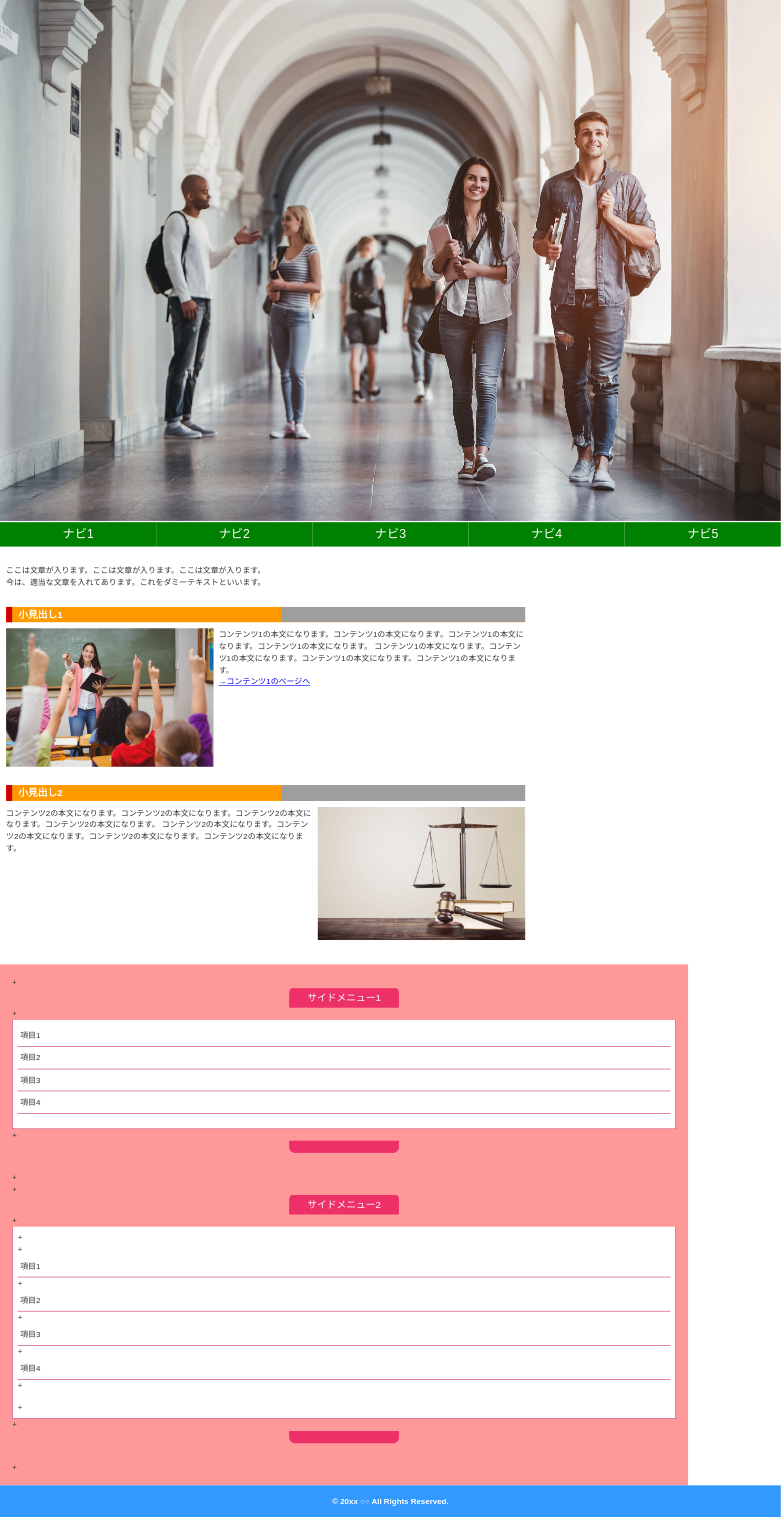
Repository: Burai919/samurai_HTML-CSS
Page: index3.html/home.html
The author's editor kept a record of every edit. The page is drawn from the files as they stood at one moment, then again after the next edit.
The browser window is 1280 px wide. The pictures show the whole page, at 61% of full size.
Pictures or frames that could not be fetched are drawn as grey boxes.

Above is the page before.

### index3.html/home.html
<!DOCTYPE html>
<html lang=" ja">
  <head>
    <meta charest="UTF-8">
    <title>HTML/CSSの学習</title>
    <link rel="stylesheet" href="stylesheet.css">
  </head>
  <body>
      <div id="header">
          <h1><a href="index.html"><img id="corridor" src="images/corridor.jpg" alt="大学の廊下" /></a></h1>
      </div>
    <div id="wrapper">
        <div id="nav">
                <ul>
                    <li><a href="home.html">ナビ1</a></li>
                    <li><a href="#">ナビ2</a></li>
                    <li><a href="#">ナビ3</a></li>
                    <li><a href="#">ナビ4</a></li>
                    <li><a href="#">ナビ5</a></li>
               </ul>
            </div>
                       <div id="container">
               <div id="main">
                    <div class="post">
                        <p>ここは文章が入ります。ここは文章が入ります。ここは文章が入ります。<br />今は、適当な文章を入れてあります。これをダミーテキストといいます。</p>
                    </div>
                    <div class="post clearfix">
                        <h2>小見出し1</h2>
                        <img class="left" src="images/classroom.jpg" alt="授業風景" />
                        <p>
                            コンテンツ1の本文になります。コンテンツ1の本文になります。コンテンツ1の本文になります。コンテンツ1の本文になります。
                            コンテンツ1の本文になります。コンテンツ1の本文になります。コンテンツ1の本文になります。コンテンツ1の本文になります。
                        </p>
                        <p><a href="#">→コンテンツ1のページへ</a></p>
                    </div>
                    <div class="post clearfix">
                        <h2>小見出し2</h2>
                        <img class="right" src="images/scale.jpg" alt="天秤" />
                        <p>
                            コンテンツ2の本文になります。コンテンツ2の本文になります。コンテンツ2の本文になります。コンテンツ2の本文になります。
                            コンテンツ2の本文になります。コンテンツ2の本文になります。コンテンツ2の本文になります。コンテンツ2の本文になります。
                        </p>
                    </div>
                </div>
            </div>
                      <div id="side">
                <div class="box">
+                    <h2>サイドメニュー1</h2>
+                    <div class="boxBody">
                        <ul>
                            <li>項目1</li>
                            <li>項目2</li>
                            <li>項目3</li>
                            <li>項目4</li>
                        </ul>
                    </div>
+                </div>
+                <div class="box">
+                    <h2>サイドメニュー2</h2>
+                    <div class="boxBody">
+                        <ul>
+                            <li>項目1</li>
+                            <li>項目2</li>
+                            <li>項目3</li>
+                            <li>項目4</li>
+                        </ul>
+                    </div>
+                </div>
+            </div>
  </div>
  <div id="footer">
      <p>&copy; 20xx ○○ All Rights Reserved.</p>
  </div>
 </body>
</html>

### index3.html/stylesheet.css
@charest "utf-8";

body {
      margin: 0;
      padding: 0;
      font-family: "ヒラギノ角ゴ　pro W3", "Hiragino Kaku Gothic Pro", "メイリオ", Meiryo, Osaka, "ＭＳ Ｐゴシック", "MS PGothic", sans-serif;
      color: #333;
      font-size: 13px;
      line-height: 150%;
}
/*---------------------wraper-----------------------------*/

#wraper {
      width: 100%;
      margin: auto;
      padding: 0px;
      border: 0px;
      background-color:#FFF;
      top: 10px;
      position: relative;
}

 /* -------------------- header -------------------- */
 #header {
 	width: 100%;
 }
 #header h1 {
 	 margin: 0;
	 padding: 0;
 }

 #corridor {
	 width: 100%;
	 height: auto;
 }
 /* -------------------- footer -------------------- */
 #footer {
 	 clear: both;
 	 width: 100%;
 	 padding: 3px 0 3px 0;
 	 background: #39F;
 	 color: #FFF;
 	 font-weight: bold;
 	 text-align: center;
 }

 /* -------------------- nav -------------------- */
 #nav {
	 width: 100%;
 }
 #nav ul {
    display: flex;
	 margin: 0;
	 padding: 0;
	 list-style-type: none;
 }
 #nav ul li {
	 width: 20%;
	 text-align: center;
 }
 #nav ul li a {
	 display: block;
	 height: 20px;
	 margin: 0;
	 padding: 10px;
	 color: #FFF;
	 font-size: 20px;
	 text-decoration: none;
	 background-color: green;
 }

 #nav ul li a:hover {
     filter: drop-shadow(10px 10px 10px black);
 }

 /* -------------------- container -------------------- */
 #container {
	 width: 100%;
	 margin: auto ;
	 padding: auto;
	 padding-top: 20px;
	 clear: both;
	 display: grid;
	 grid-template-columns: 70vw 30vw
 }
 /* -------------------- main -------------------- */
 #main {
     width: 95%;
	 padding: 10px 30px 10px 10px;
 }
 #main h2 {
	 margin: 0 0 10px 0;
	 padding: 3px 10px 3px 10px;
	 color: #FFF;
	 font-size: 16px;
	 border-left: solid 10px #C00;
	 background: #F90 url(../images/main_h2.jpg) right top repeat-y;
 }
 #main p {
	 margin: 0;
	 padding: 0;
 }
 #main .post {
	 margin: 0 0 30px 0;
 }

 #main .post img.right {
	 margin: 0 0 0 8px;
 }
 #main .post img.left {
	 margin: 0 8px 0 0;
 }

 .right {
	 float: right;
	 width: 40%;
	 height: auto;
 }
 .left {
	 float: left;
	 width: 40%;
	 height: auto;
 }

 /* -------------------- clearfix -------------------- */
 .clearfix {
	 zoom: 1;
 }
 .clearfix:after{
	 content: "";
	 display: block;
	 clear: both;
 }
 /* -------------------- side -------------------- */
 #side {
 	 width: 85%;
 	 padding: 20px;
 	 background-color: #F99;
 }
 #side .box {
 	 margin: 0 auto 30px auto;
 	 padding: 0 0 20px 0;
 	 background: url(images/side_box.png) bottom no-repeat;
 }
 #side .box h2 {
 	 margin: 0;
 	 padding: 8px;
 	 text-align: center;
 	 color: #fff;
 	 font-size: 16px;
 	 line-height: 16px;
 	 font-weight: normal;
 	 background: url(images/side_box_h2.png) center no-repeat;
 }
 #side .box .boxBody {
 	 padding: 8px;
 	 border-right: solid 1px #C36;
 	 border-bottom: solid 1px #C36;
 	 border-left: solid 1px #C36;
 	 background: #fff;
 }
 #side .box .boxBody ul {
 	 margin: 0 0 16px 0;
 	 padding: 0;
 }
 #side .box .boxBody ul li {
 	 padding: 8px 0 8px 4px;
 	 list-style: none;
 	 border-bottom: solid 1px #C36;
 }
  #side .box .boxBody ul li:hover {
         padding: 8px 0 8px 4px;
         list-style: none;
         border-bottom: solid 1px #c36;
         box-shadow: 0px 4px 4px rgba(0, 0, 0, 0.3);
  }

After the next edit:
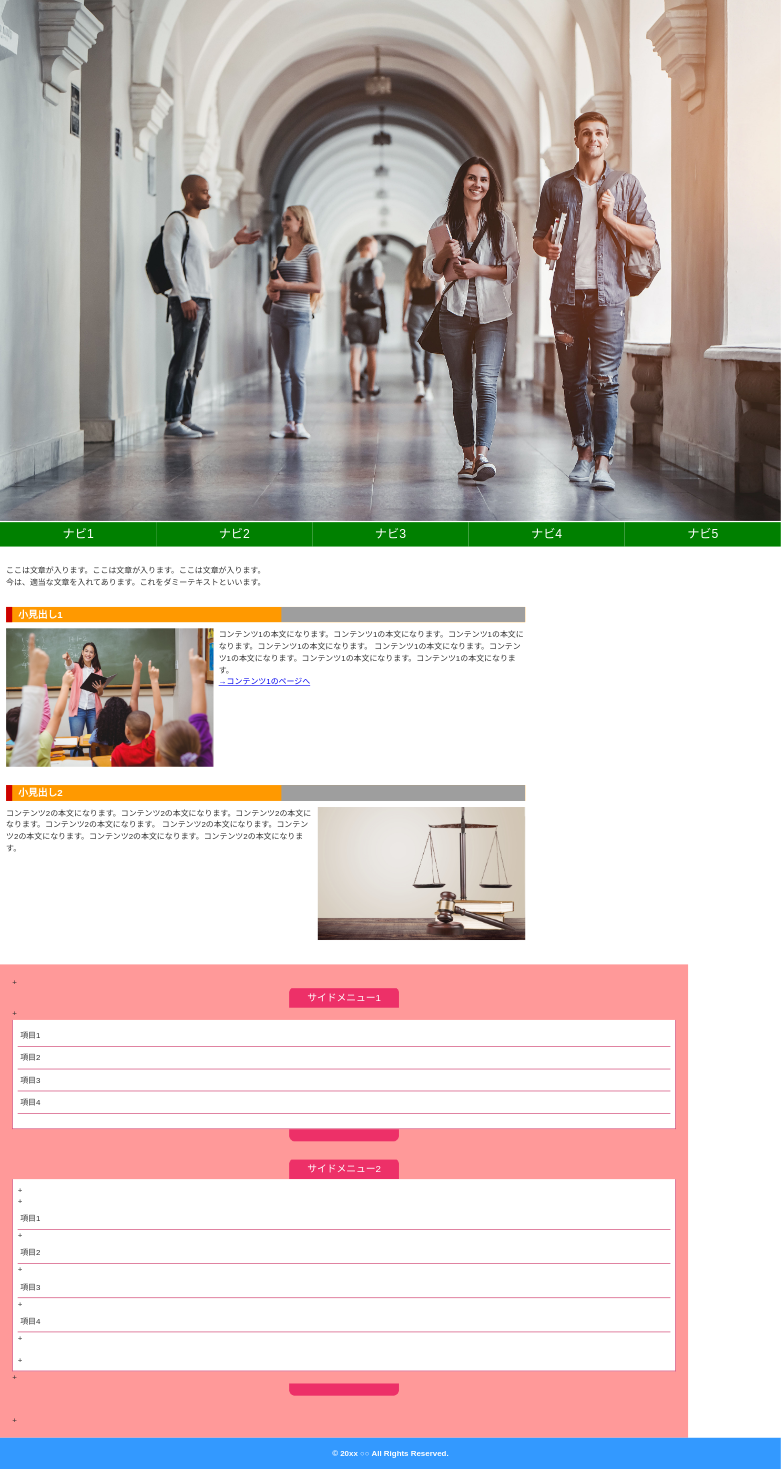
The edit:
--- a/index3.html/home.html
+++ b/index3.html/home.html
@@ -54,10 +54,10 @@
                             <li>項目4</li>
                         </ul>
                     </div>
-+                </div>
-+                <div class="box">
-+                    <h2>サイドメニュー2</h2>
-+                    <div class="boxBody">
+                </div>
+                <div class="box">
+                    <h2>サイドメニュー2</h2>
+                    <div class="boxBody">
 +                        <ul>
 +                            <li>項目1</li>
 +                            <li>項目2</li>
